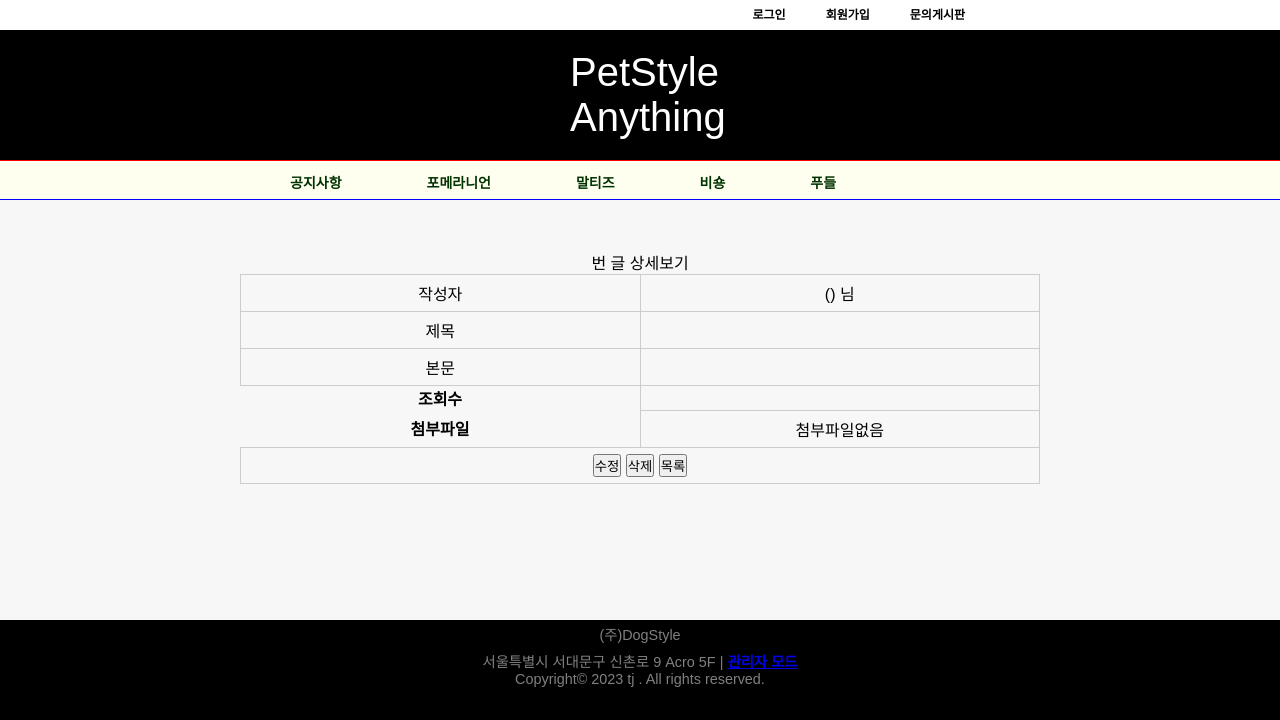
Repository: kdkk2000/Project
Page: http://localhost/petstyle/board/boardContent.jsp
The author's editor kept a copy of each file at every save. The page is drawn from the files as they stood at one save, then again after the next save.
The browser window is 1280 px wide. The pictures show the whole page.
The page is served by Tomcat 9. The template is opened directly, without the code that normally fills it, so the values that code supplies are empty.

Above is the page before, as saved 2023-03-29 01:29:08.

After the next save:
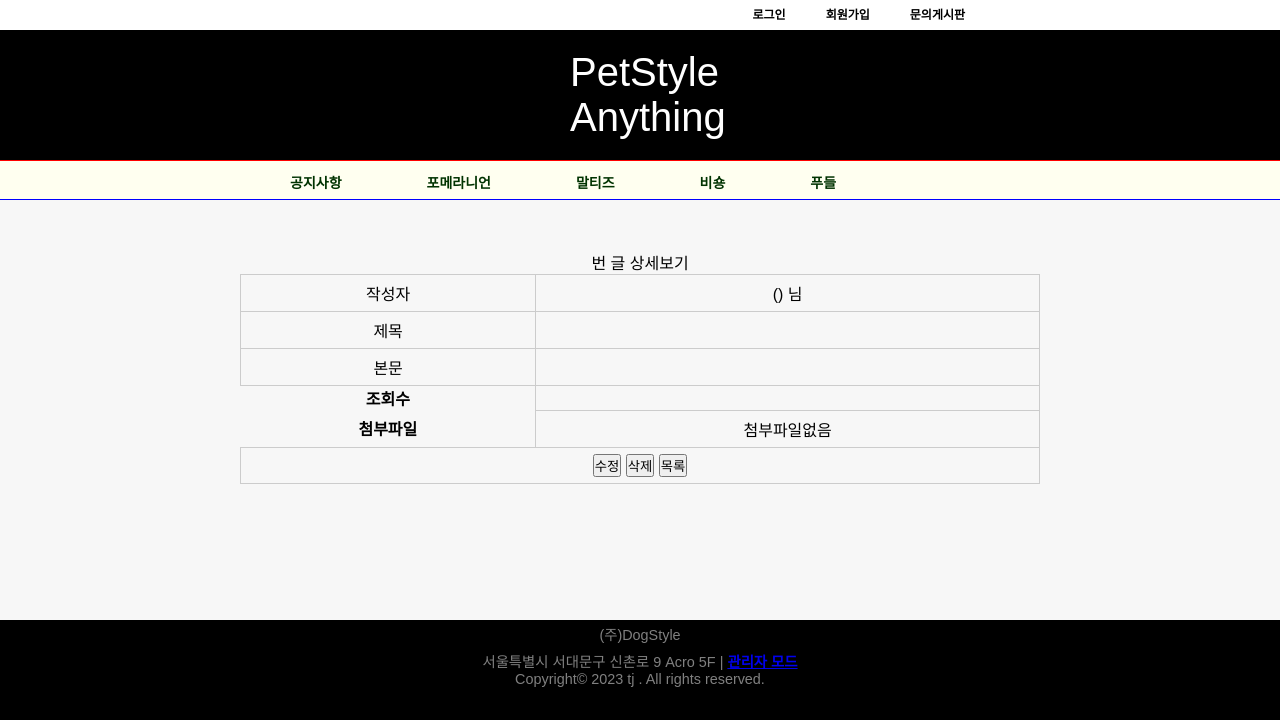
Saved 6 min 12 s later.
--- a/petstyle/WebContent/css/boardStyle.css
+++ b/petstyle/WebContent/css/boardStyle.css
@@ -96,21 +96,3 @@ table td {
   	background-color: #eee;
   	color: #444;
 }
-/* 회원리스트 */
-td {
-	padding: 10px;
-	border: 1px solid black;
-	width: 200px;
-}
-
-table {
-	border-collapse: collapse;
-  	margin: 0 auto;
-}
-
-.caption {
-	font-size: 24px;
-  	font-weight: bold;
-  	text-align: center;
-  	margin-bottom: 20px;
-}

After the save that followed:
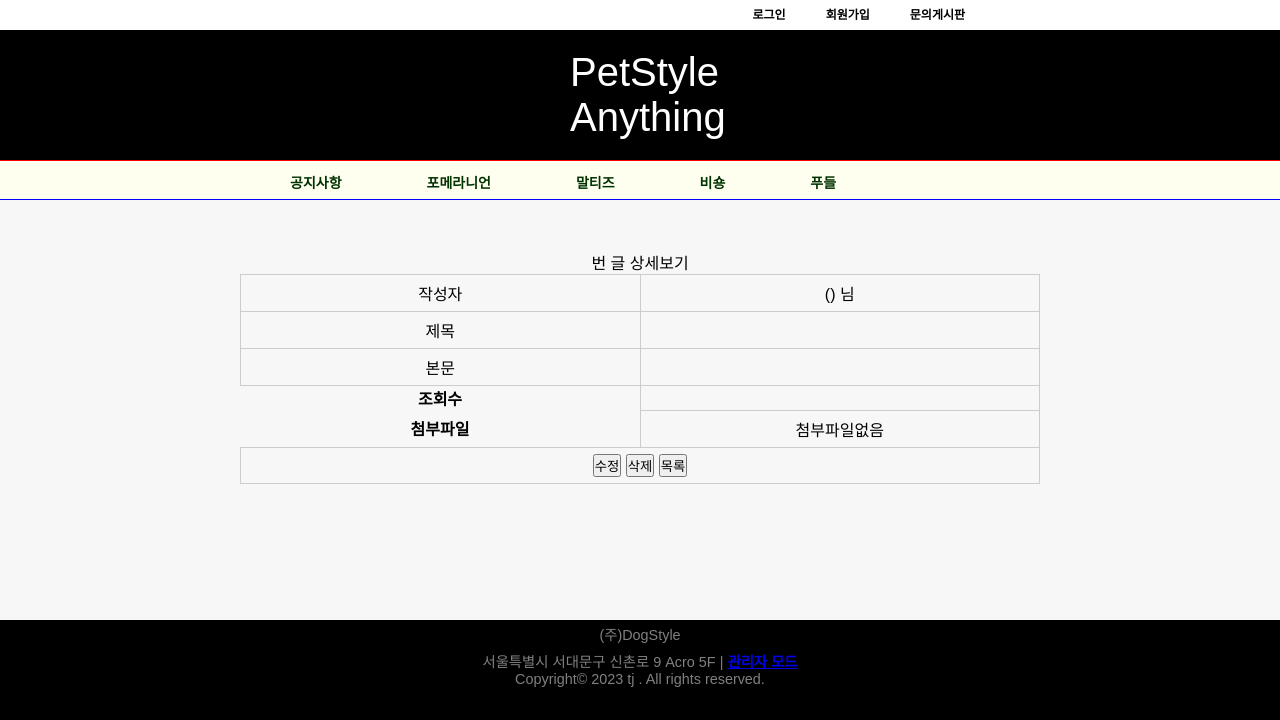
Saved 51 s later.
--- a/petstyle/WebContent/css/boardStyle.css
+++ b/petstyle/WebContent/css/boardStyle.css
@@ -96,3 +96,21 @@ table td {
   	background-color: #eee;
   	color: #444;
 }
+/* 회원리스트 */
+td {
+	padding: 10px;
+	border: 1px solid black;
+	width: 200px;
+}
+
+table {
+	border-collapse: collapse;
+  	margin: 0 auto;
+}
+
+.caption {
+	font-size: 24px;
+  	font-weight: bold;
+  	text-align: center;
+  	margin-bottom: 20px;
+}
